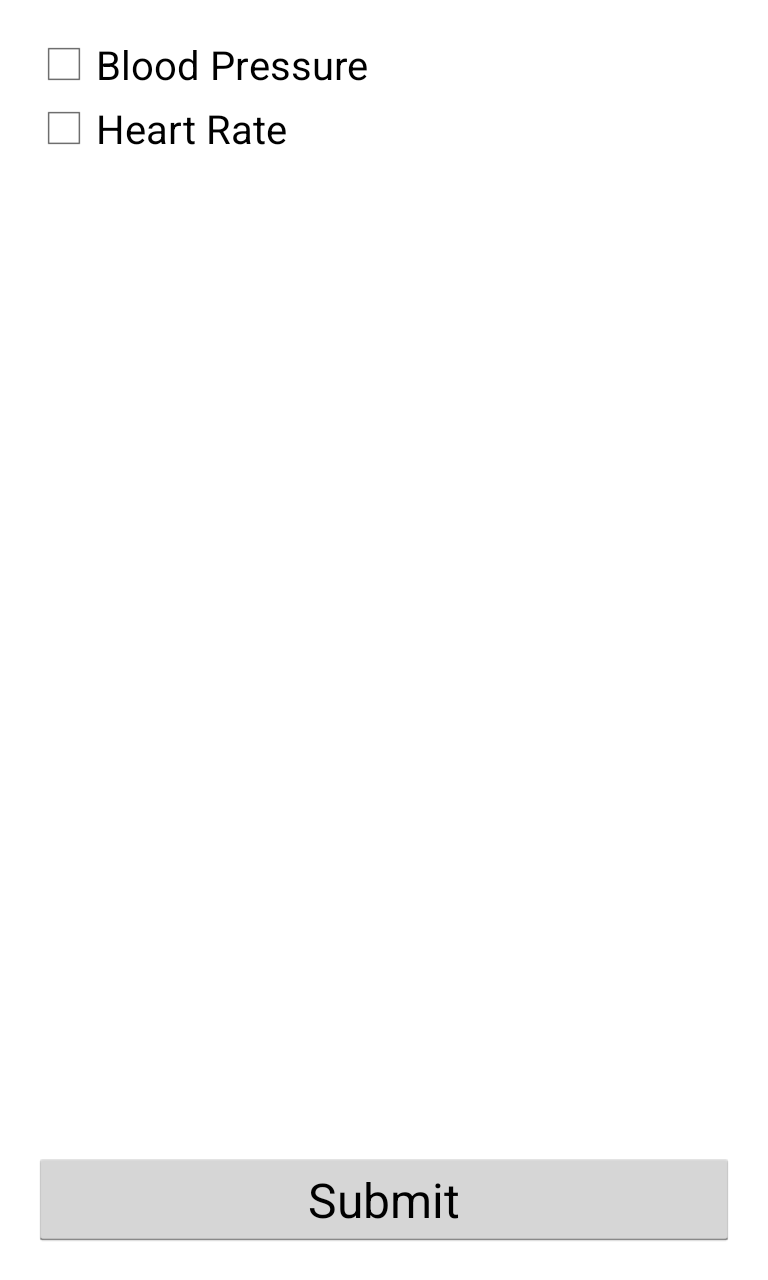
Repository: TigerCheck/TigerCheck
Layout: Android/TigerCheck/res/layout/activity_station_select.xml
The author's editor kept a copy of each file at every save. The layout is drawn from the files as they stood at one save, then again after the next save.
It is drawn on a 768 x 1280 px phone screen (xhdpi) without system bars, with theme AppTheme; the app's code is not run.

Above is the layout before, as saved 2014-03-31 03:01:43.

After the next save:
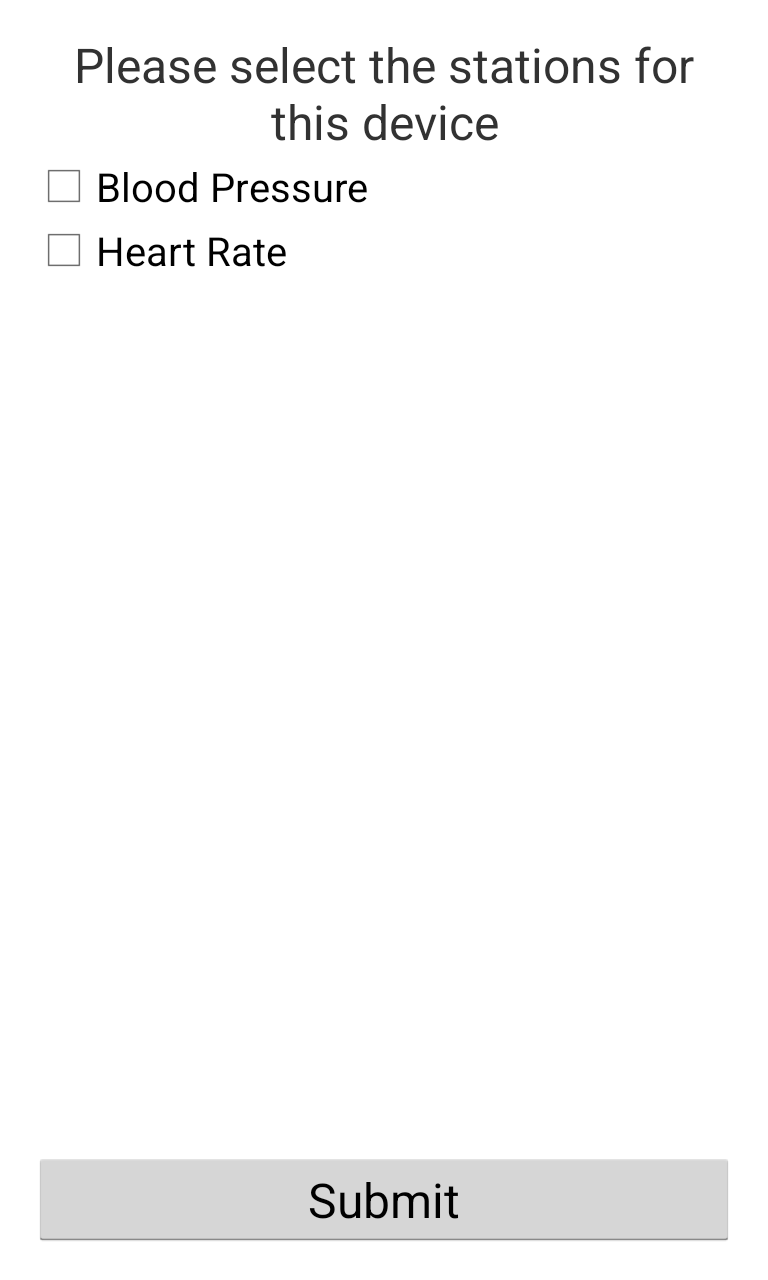
Saved 7 s later.
--- a/Android/TigerCheck/res/layout/activity_station_select.xml
+++ b/Android/TigerCheck/res/layout/activity_station_select.xml
@@ -9,7 +9,13 @@
     android:paddingTop="@dimen/activity_vertical_margin"
     tools:context=".StationSelect" >
 
-    "
+    <TextView android:id="@+id/informationTextView"
+        android:layout_width="fill_parent"
+        android:layout_height="wrap_content"
+        android:text="@string/station_select_message"
+        android:layout_alignParentTop="true"
+        android:gravity="center"
+        android:textSize="24sp" />"
 
 	<RelativeLayout android:id="@+id/LeftColumnCheckboxes"
 	    android:layout_width="wrap_content"
